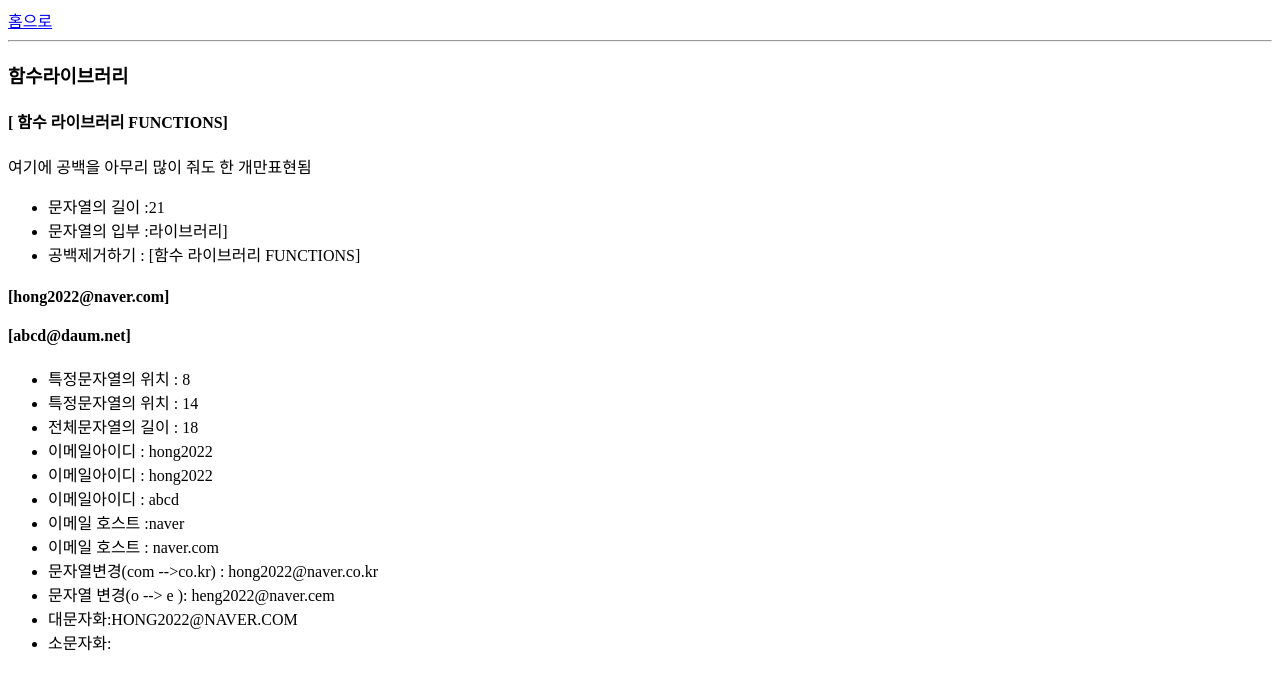
Repository: hyewoon/web
Page: http://localhost/servlet04/jstl/functions.jsp
The author's editor kept a copy of each file at every save. The page is drawn from the files as they stood at one save, then again after the next save.
The browser window is 1280 px wide. The pictures show the whole page.
The page is served by Tomcat 9. Other server files are loaded and not shown.

Above is the page before, as saved 2022-11-18 08:18:44.

### servlet04/src/main/webapp/jstl/functions.jsp
<%@ page language="java" contentType="text/html; charset=UTF-8"
    pageEncoding="UTF-8"%>
<%@ taglib prefix= "c" uri ="http://java.sun.com/jsp/jstl/core" %>
<%@ taglib uri ="http://java.sun.com/jsp/jstl/functions" prefix="fn" %>

<!DOCTYPE html>
<html>
<head>
<meta charset="UTF-8">
<title>Insert title here</title>
</head>
<body>
<div> <a href = '<c:url value="/" />' >홈으로</a>  </div>
<hr>
<h3>함수라이브러리</h3>
<c:set var='title' value= '   함수 라이브러리 FUNCTIONS'/>
<h4>[${title}]</h4>
여기에   공백을   아무리 많이   줘도 한 개만표현됨

<ul>
	<li> 문자열의 길이 :${fn:length(title) }</li>
	<li> 문자열의 입부 :${fn: substring(title, 6, 11) }]</li>
	<!--세번쨔 파라미터 생략 불가  -->
	<li> 공백제거하기 : [${fn: trim(title)}]</li>
</ul>

<c:set var ='email' value ='hong2022@naver.com'/>
<c:set var = 'contect' value ='abcd@daum.net'/>

<h4>[${email}]</h4>
<h4>[${contect}]</h4>



<ul>
	<li>특정문자열의 위치 :  ${fn: indexOf(email, '@') }</li>
	<li>특정문자열의 위치 :  ${fn: indexOf(email, '.') }</li>
	<li>전체문자열의 길이 : ${fn: length(email)} </li>
	<!--이메일주소에서 아이디만 출력하기  -->
	<li>이메일아이디 : ${fn:substring(email, 0 ,8) }</li>
	<li>이메일아이디 : ${fn:substring(email, 0 , fn:indexOf(email, '@'))}</li>
	<li>이메일아이디 : ${fn:substring(contect, 0 , fn:indexOf(contect, '@'))}</li>
	<!--naver 문자열 뽑기
	<!--호스트만 출력하기-->
	<li>이메일 호스트 :${fn:substring(email, fn:indexOf(email, '@')+1 , fn:indexOf(email, '.') ) }</li>
	<li>이메일 호스트 : ${fn:substring(email, fn:indexOf(email, '@')+1, fn:length(email) ) }</li>
	<li>문자열변경(com -->co.kr) : ${fn:replace(email,'com', 'co.kr' ) }</li>
	<!--실제 데이터가 변경된 것은 아니고 출력상에서만 변경  -->
	<li>문자열 변경(o --> e ): ${fn:replace(email, 'o', 'e') }</li>
	<li>대문자화:${fn:toUpperCase(email) } </li>
	<li>소문자화: </li>
</ul>




</body>
</html>

After the next save:
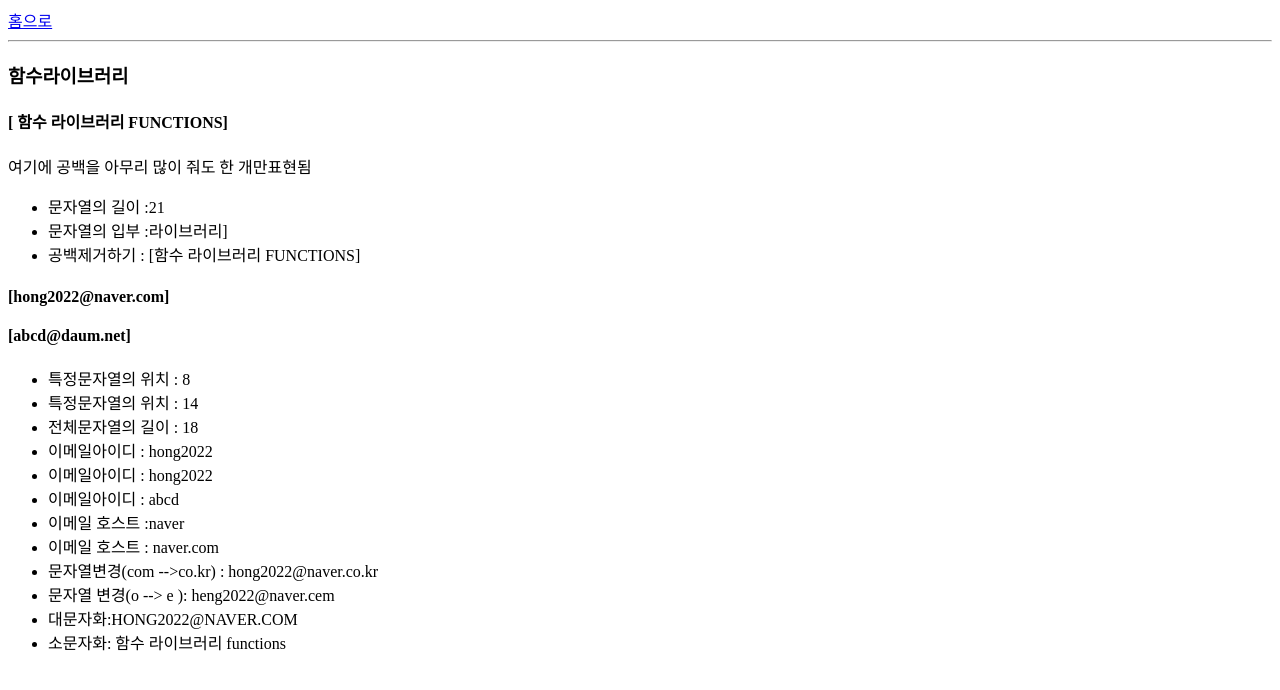
Saved 20 s later.
--- a/servlet04/src/main/webapp/jstl/functions.jsp
+++ b/servlet04/src/main/webapp/jstl/functions.jsp
@@ -48,7 +48,7 @@
 	<!--실제 데이터가 변경된 것은 아니고 출력상에서만 변경  -->
 	<li>문자열 변경(o --> e ): ${fn:replace(email, 'o', 'e') }</li>
 	<li>대문자화:${fn:toUpperCase(email) } </li>
-	<li>소문자화: </li>
+	<li>소문자화: ${fn:toLowerCase(title) }</li>
 </ul>
 
 
